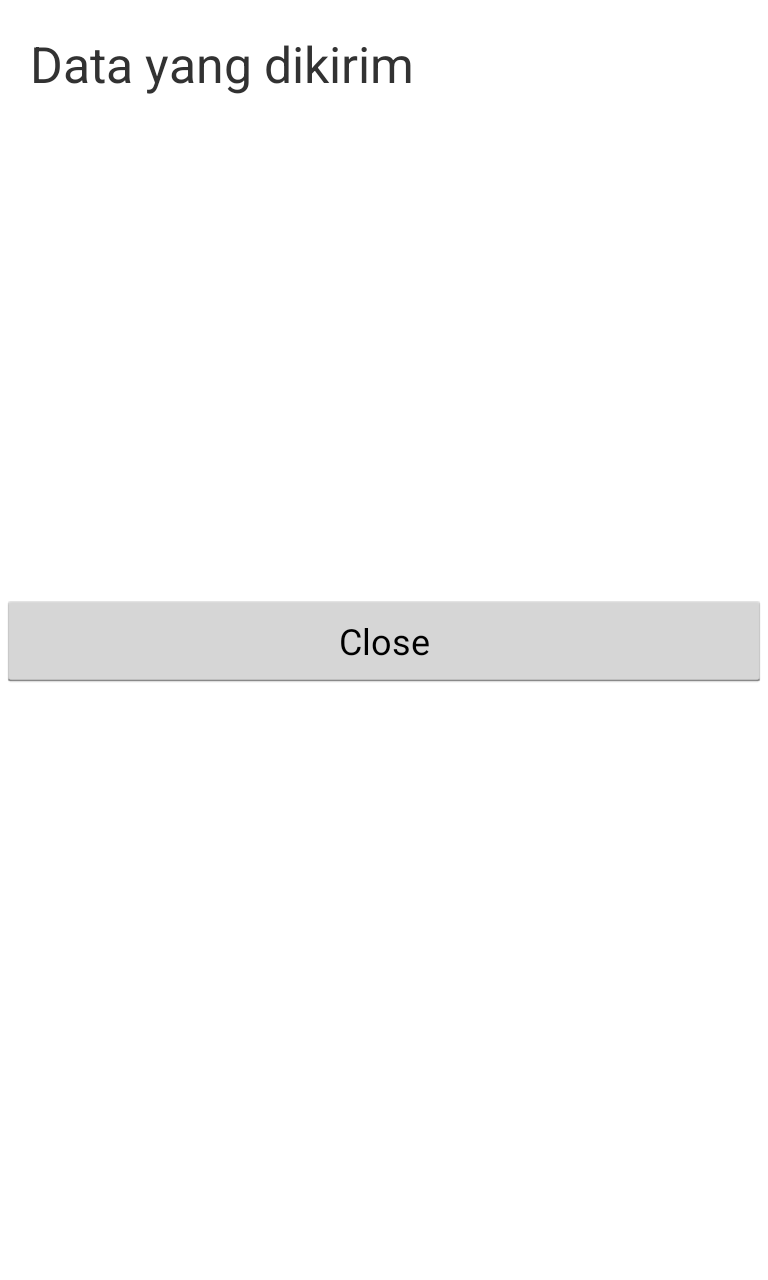
Repository: fauzhanFARTF/mobile_programming_kuliah
Layout: soal4_UAS_malam/res/layout/activity_second.xml
An editor plug-in stored every save of this project. The layout is shown before and after a run of saves, followed by the edit.
It is drawn on a 768 x 1280 px phone screen (xhdpi) without system bars, with theme AppTheme; the app's code is not run.

Above is the layout before, as saved 2023-01-27 20:44:48.

### soal4_UAS_malam/res/layout/activity_second.xml
<?xml version="1.0" encoding="utf-8"?>
<LinearLayout xmlns:android="http://schemas.android.com/apk/res/android"
    android:layout_width="match_parent"
    android:layout_height="match_parent"
    android:orientation="vertical" >

<TextView android:layout_width="fill_parent"
    android:layout_height="wrap_content"
    android:text="Data yang dikirim"
    android:textSize="25dip"
    android:layout_gravity="center"
    android:layout_margin="15dip"/>
<TextView android:id="@+id/txtPanjang"
    android:layout_width="fill_parent"
    android:layout_height="wrap_content"
    android:layout_margin="15dip"
    android:textSize="18dip"/>
<TextView android:id="@+id/txtLebar"
    android:layout_width="fill_parent"
    android:layout_height="wrap_content"
    android:layout_margin="15dip"
    android:textSize="18dip"/>
<TextView android:id="@+id/txtTinggi"
    android:layout_width="fill_parent"
    android:layout_height="wrap_content"
    android:layout_margin="15dip"
    android:textSize="18dip"/>
<TextView android:id="@+id/txtVolume"
    android:layout_width="fill_parent"
    android:layout_height="wrap_content"
    android:layout_margin="15dip"
    android:textSize="18dip"/>

<Button android:id="@+id/btnClose"
    android:layout_width="fill_parent"
    android:layout_height="wrap_content"
    android:layout_marginTop="15dip"
    android:text="Close"/>
</LinearLayout>

Loaded but not shown: soal4_UAS_malam/res/values/styles.xml (common file); soal4_UAS_malam/res/values-v11/styles.xml (common file); soal4_UAS_malam/res/values-v14/styles.xml (common file)

After the next 2 saves:
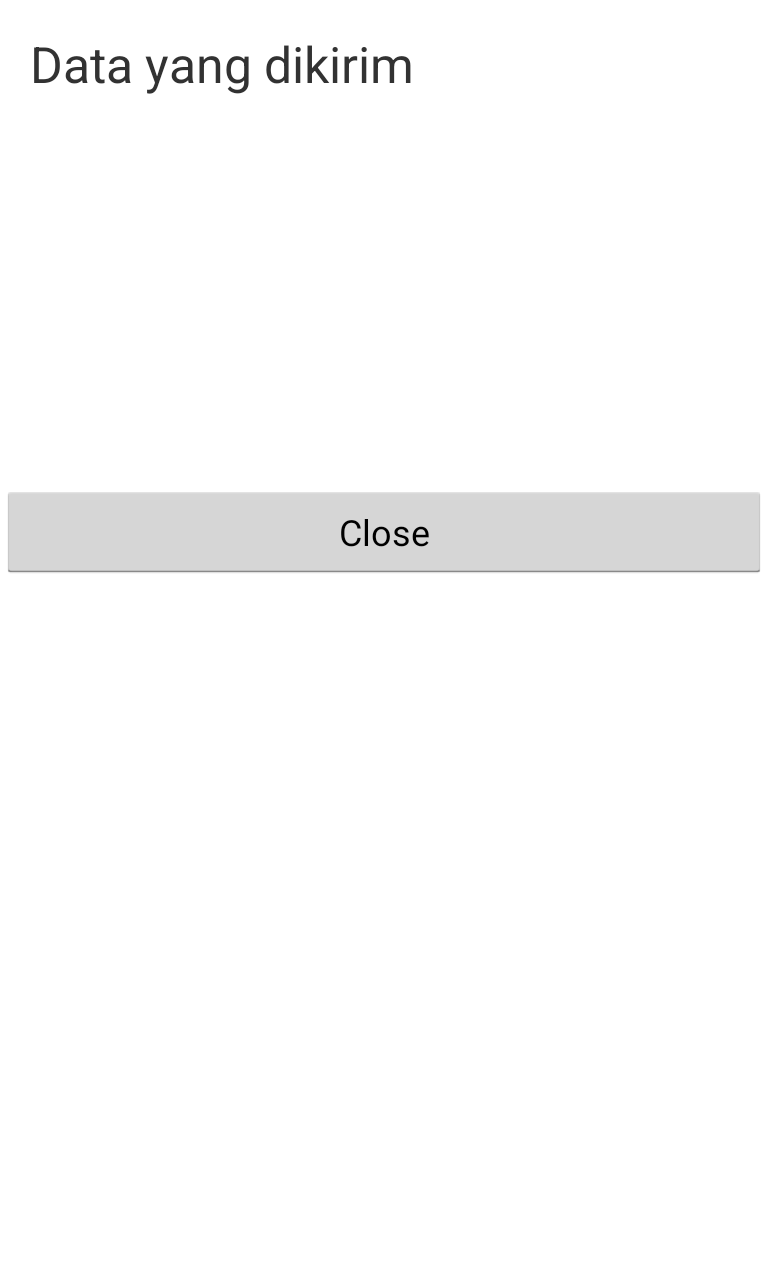
The 2 saves are shown as one change because they came seconds apart.
The last was saved 20 s later.
--- a/soal4_UAS_malam/res/layout/activity_second.xml
+++ b/soal4_UAS_malam/res/layout/activity_second.xml
@@ -20,11 +20,6 @@
     android:layout_height="wrap_content"
     android:layout_margin="15dip"
     android:textSize="18dip"/>
-<TextView android:id="@+id/txtTinggi"
-    android:layout_width="fill_parent"
-    android:layout_height="wrap_content"
-    android:layout_margin="15dip"
-    android:textSize="18dip"/>
 <TextView android:id="@+id/txtVolume"
     android:layout_width="fill_parent"
     android:layout_height="wrap_content"
